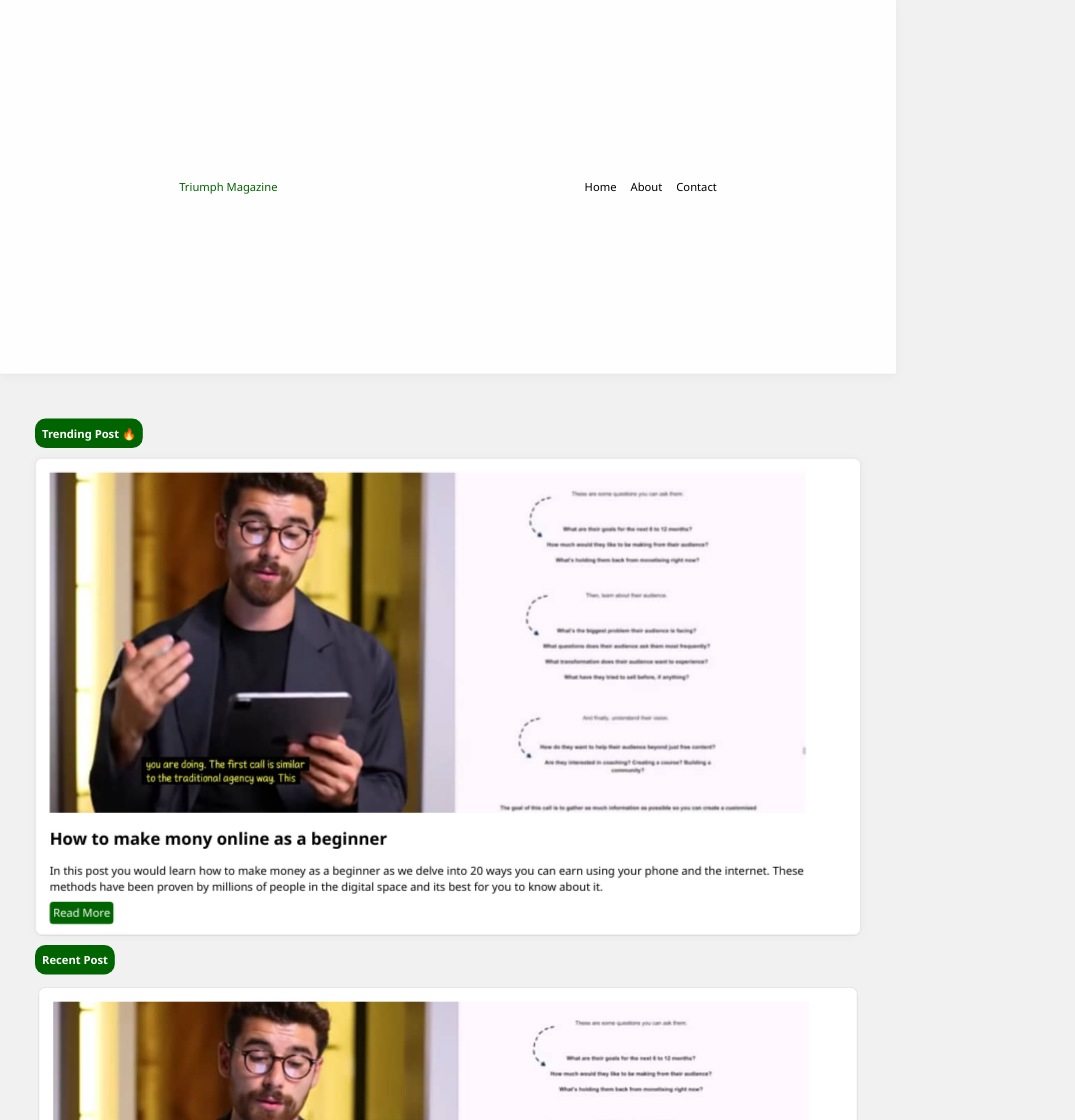
Repository: zikcolle/Triumph-Blog
Page: index.html
These files come from the project's save history. The page is drawn as it stood at one moment and after a run of saves; the edit follows.
The browser window is 1280 px wide. The page is 1280 px wide, then 1536 px, so the pictures cover 1536 px, including what lies to the right of the window. The pictures show the part of the page from y = 0 to 1600 px (the page is 5947 px tall before and 5967 px after), at 70% of full size.

Above is the page before, as saved 2026-06-22 10:02:59.

### index.html
<!DOCTYPE html>
<html lang="en">

<head>
    <meta charset="UTF-8">
    <meta name="viewport" content="width=device-width, initial-scale=1.0">
    <title>Triumph Magazine</title>
    <link rel="stylesheet" href="styles.css">
</head>

<body>
    <header>
        <nav>
            <div class="logo">Triumph Magazine</div>
            <div class="hamburger" onclick="toggleMenu()">
                <svg width="30" height="30">
                    <line x1="3" y1="5" x2="27" y2="5" stroke="black" stroke-width="3" />
                    <line x1="3" y1="15" x2="27" y2="15" stroke="black" stroke-width="3" />
                    <line x1="3" y1="25" x2="27" y2="25" stroke="black" stroke-width="3" />
                </svg>


            </div>
            <ul id="nav-links">
                <li><a href="#">Home</a></li>
                <li><a href="/about-us">About</a></li>
                <li><a href="/contact-us">Contact</a></li>
            </ul>
        </nav>
    </header>


    <main>
        <section>
            <div>
                <h2 class="label-post">Trending Post 🔥</h2>
            </div>
            <div class="feat-post">
                <img src="simage\postiman.jpeg">
                <h1>How to make mony online as a beginner</h1>
                <p>In this post you would learn how to make money as a beginner as we delve into 20 ways you can earn
                    using your phone and the internet. These methods have been proven by millions of people in the
                    digital space and its best for you to know about it.</p>
                <a href="#" class="read-more">Read More</a>
            </div>
        </section>

        <section>
            <div>
                <h2 class="label-post" id="post-label">Recent Post</h2>
            </div>

            <div class="post-grid">
                <div class="blog-post">
                    <img src="simage\postiman.jpeg">
                    <h1>First Post on Triumph Mag</h1>
                    <p>In this post we talk about things going on in the world, like wars, fight, countries resources,
                        entertainment, politics.</p>
                    <a href="#" class="read-more">Read More</a>
                </div>

                <div class="blog-post">
                    <img src="simage\postiman.jpeg">
                    <h1>Second Post on Triumph Mag</h1>
                    <p>In this post we talk about things going on in the world, like wars, fight, countries resources,
                        entertainment, politics.</p>
                    <a href="#" class="read-more">Read More</a>
                </div>

                <div class="blog-post">
                    <img src="simage\postiman.jpeg">
                    <h1>Third Post on Triumph Mag</h1>
                    <p>In this post we talk about things going on in the world, like wars, fight, countries resources,
                        entertainment, politics.</p>
                    <a href="#" class="read-more">Read More</a>
                </div>

                <div class="blog-post">
                    <img src="simage\postiman.jpeg">
                    <h1>Fourth Post on Triumph Mag</h1>
                    <p>In this post we talk about things going on in the world, like wars, fight, countries resources,
                        entertainment, politics.</p>
                    <a href="#" class="read-more">Read More</a>
                </div>

                <div class="blog-post">
                    <img src="simage\postiman.jpeg">
                    <h1>Fifth Post on Triumph Mag</h1>
                    <p>In this post we talk about things going on in the world, like wars, fight, countries resources,
                        entertainment, politics.</p>
                    <a href="#" class="read-more">Read More</a>
                </div>

                <div class="blog-post">
                    <img src="simage\postiman.jpeg">
                    <h1>Sixth Post on Triumph Mag</h1>
                    <p>In this post we talk about things going on in the world, like wars, fight, countries resources,
                        entertainment, politics.</p>
                    <a href="#" class="read-more">Read More</a>
                </div>

            </div>
        </section>
        <a href="/blog" class="view-more">View More Posts</a>
        <section>
            <h2 class="label-post">Related Posts</h2>
            <div class="rel-post">
                <img src="simage\postiman.jpeg">
                <p><a href="/blog">Sixth Post on Triumph Mag</a></p>
            </div>
        </section>
    </main>

    <footer>
        <h2>Triumph Magazine</h2>
        <p>© 2026 Triumph Magazine. All rights reserved.</p>
    </footer>

</body>

</html>

<script>
    function toggleMenu() {
        document.getElementById('nav-links').classList.toggle('active');
    }
</script>

### styles.css
body {
    background-color: rgb(241, 241, 241);
    color: rgb(0, 0, 0);
    font-family:'Segoe UI', Tahoma, Geneva, Verdana, sans-serif;
    padding: 0;
    margin: 0;

}

header {
    background-color: rgba(255,255,255,0.92);
    padding: 10px 20px;
    border-bottom: 1px solid rgba(0, 0, 0, 0.108);
    backdrop-filter: blur(20px) saturate(180%);
    -webkit-backdrop-filter: blur(20px) saturate(180%);
    box-shadow: 0 1px 0 rgba(0,0,0,0.04), 0 2px 16px rgba(0,0,0,0.04);
    color: rgb(0, 101, 0);
    width: 100%;
    box-sizing: border-box;
    padding: 20%;
}

nav {
    display: flex;
    justify-content: space-between;
    align-items: center;
}

nav ul {
    list-style: none;
    display: flex;
    gap: 20px;
    margin: 0;
    padding: 0;
}

nav ul li a {
    text-decoration: none;
    color: rgb(0, 0, 0);
}

nav a:hover {
    color: rgb(0, 101, 0);
    text-decoration: underline;
}

.hamburger {
    display: none;
    font-size: 24px;
}

@media (max-width: 768px) {
    nav ul {
        display: none;
        flex-direction: column;
        position: absolute;
        top: 60px;
        right: 0;
        background: rgb(255, 255, 255);
        width: 100%;
        text-align: center;
        padding: 20px;
        box-shadow: 0 2px 5px rgba(0, 0, 0, 0.1);
        z-index: 1000;
    }

    nav ul.active {
        display: flex !important;
    }

    nav ul li {
        margin: 10px 0;
    }

    .hamburger {
        display: block;
        cursor: pointer;
    }
}

main {
    padding: 50px;
}

img, svg, video, canvas, iframe {
  max-width: 100%;
  height: auto;
  display: block;
}

.label-post {
    background-color: rgb(0, 101, 0);
    color: rgb(255, 255, 255);
    max-width: fit-content;
    padding: 10px;
    border-radius: 15px;
    font-size: 1rem;
}

.feat-post {
    background-color: rgb(255, 255, 255);
    border: 1px solid rgba(0, 0, 0, 0.129);
    max-width: 100%;
    height: auto;
    align-items: center;
    display: block;
    border-radius: 10px;
    backdrop-filter: blur(20px) saturate(180%);
    -webkit-backdrop-filter: blur(20px) saturate(180%);
    box-shadow: 0 1px 0 rgba(0,0,0,0.04), 0 2px 16px rgba(0,0,0,0.04);
    padding: 20px;
    image-rendering: auto;
    justify-content: center;
}

.read-more {
    background-color: rgb(0, 101, 0);
    color: rgb(255, 255, 255);
    text-decoration: none;
    max-width: fit-content;
    padding: 5px;
    border-radius: 5px;
}

.post-grid {
    display: grid;
    grid-template-columns: repeat(auto-fit, minmax(600px, 1fr));
}

.blog-post {
    background-color: rgb(255, 255, 255);
    border: 1px solid rgba(0, 0, 0, 0.129);
    border-radius: 10px;
    padding: 20px;
    margin: 5px;
    line-height: 2;
}

.view-more {
    background-color: rgb(0, 101, 0);
    color: rgb(255, 255, 255);
    text-decoration: none;
    padding: 20px;
    margin: 10px;
    padding-top: 0;
    padding-bottom: 0;
}

.rel-post {
   display: flex;
   align-items: center;
   gap: 20px;
}

/*.rel-post img {
    max-width: 300px;
    height: auto;
    aspect-ratio: 16 / 9;
}*/

.rel-post img {
    width: 100px;
    aspect-ratio: 16 / 9;
    object-fit: cover;
}

After the next 2 saves:
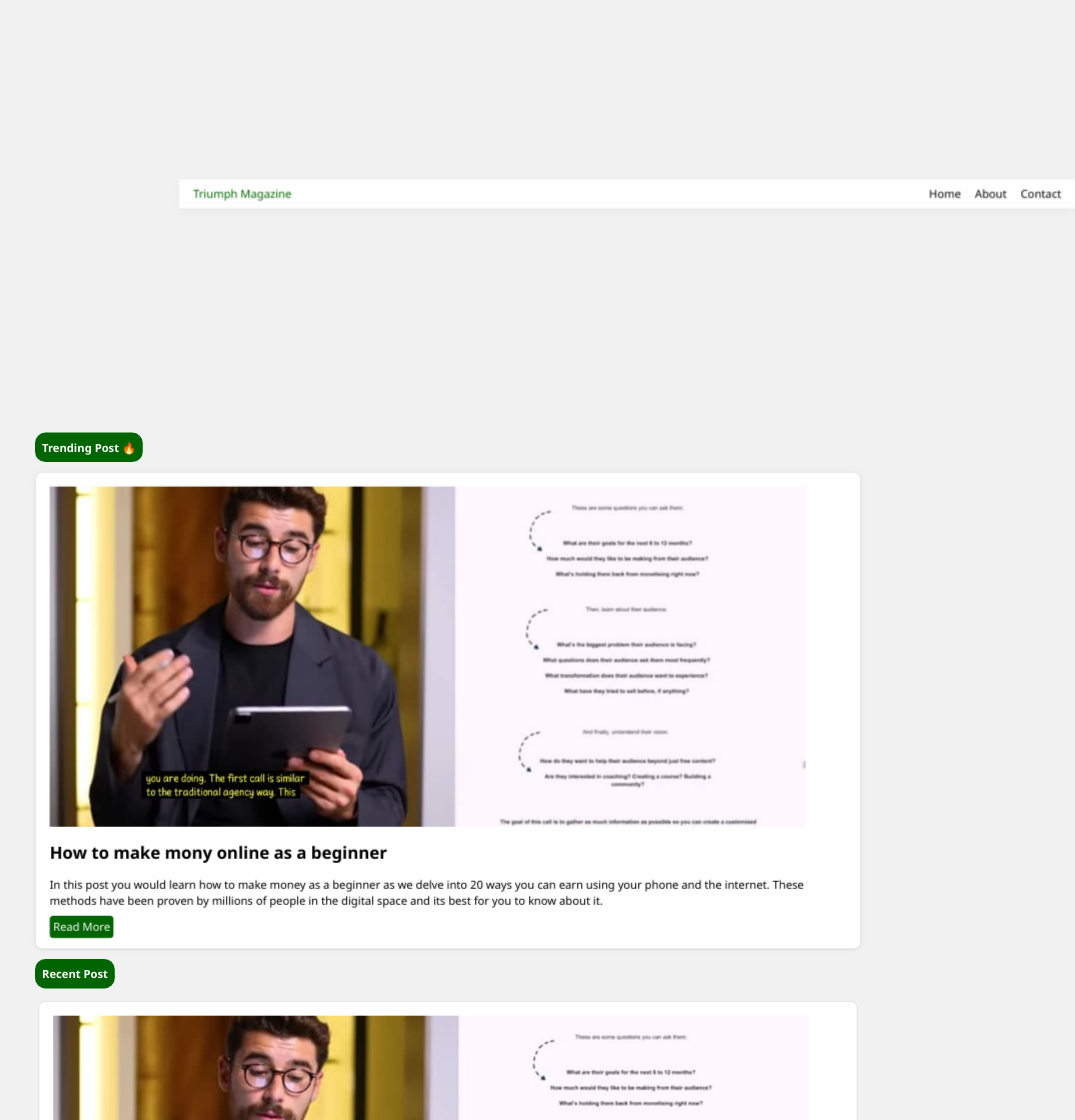
The 2 saves are shown as one change because they came seconds apart.
The last was saved 18 s later.
--- a/styles.css
+++ b/styles.css
@@ -17,7 +17,7 @@ header {
     color: rgb(0, 101, 0);
     width: 100%;
     box-sizing: border-box;
-    padding: 20%;
+    margin: 20%;
 }
 
 nav {
